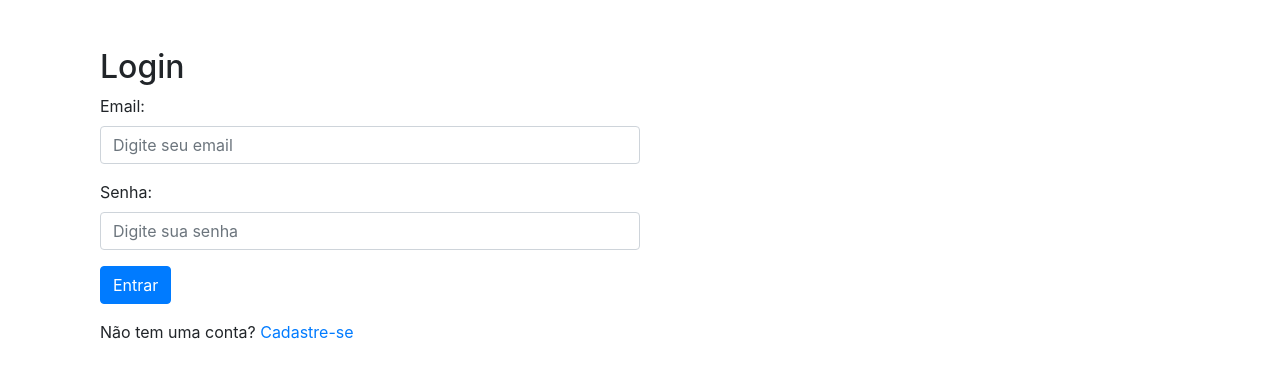
Repository: AndersonSchinemann/ProjetoSaas
Page: TopData/src/main/resources/static/views/loginUser.html
These files come from the project's save history. The page is drawn as it stood at one moment and after the next save; the edit follows.
The browser window is 1280 px wide. The pictures show the whole page.

Above is the page before, as saved 2023-11-16 03:51:50.
Console error (its wording comes from the project's code and is left out).

### TopData/src/main/resources/static/views/loginUser.html
<!-- Adicione Bootstrap CSS e AngularJS -->
<link rel="stylesheet" href="https://maxcdn.bootstrapcdn.com/bootstrap/4.5.2/css/bootstrap.min.css">
<script src="https://ajax.googleapis.com/ajax/libs/angularjs/1.8.2/angular.min.js"></script>

<style>
  /* Adicione um estilo personalizado para ajustar a largura dos inputs */
  .custom-width-input {
    width: 50%; /* Largura desejada */
  }
</style>

<!-- Seus scripts Angular -->
<script src="js/controllerLogin.js"></script>

<div class="container text-left" ng-app="ng-app="myApp"" ng-controller="LoginController">

  <!-- Formulário de Login -->
  <div class="container mt-5">
    <h2>Login</h2>
    <form >
      <div class="form-group">
        <label for="loginEmail">Email:</label>
        <input type="email" class="form-control custom-width-input" id="loginEmail" ng-model="login.email" placeholder="Digite seu email">
      </div>
      <div class="form-group">
        <label for="loginSenha">Senha:</label>
        <input type="password" class="form-control custom-width-input" id="loginSenha" ng-model="login.senha" placeholder="Digite sua senha">
      </div>
      <button type="button" class="btn btn-primary" ng-click="login()">Entrar</button>
    </form>
    <div class="mt-3">
      <p>Não tem uma conta? <a href="/cadastro">Cadastre-se</a></p>
    </div>
  </div>

  <!-- Formulário de Edição (Modal) -->
  <div class="modal fade" id="edicaoUsuarioModal" tabindex="-1" role="dialog" aria-labelledby="edicaoUsuarioModalLabel" aria-hidden="true">
    <div class="modal-dialog" role="document">
      <!-- ... (o restante do código do modal permanece o mesmo) ... -->
    </div>
  </div>
</div>

### TopData/src/main/resources/static/js/controllerLogin.js


 var app=angular.module('myApp', []);

 app.controller('LoginController', function($scope, $http) {

                $scope.login = function() {
					alert("LOGIN")
                    var credentials = {
                        username: $scope.username,
                        password: $scope.password
                    };

                    $http.post('/api/login', credentials)
                        .then(function(response) {
                            // Lógica para lidar com a resposta do servidor após a autenticação
                            console.log(response.data);
                        })
                        .catch(function(error) {
                            // Lógica para lidar com erros de autenticação
                            console.error(error);
                        });
                };

});

After the next save:
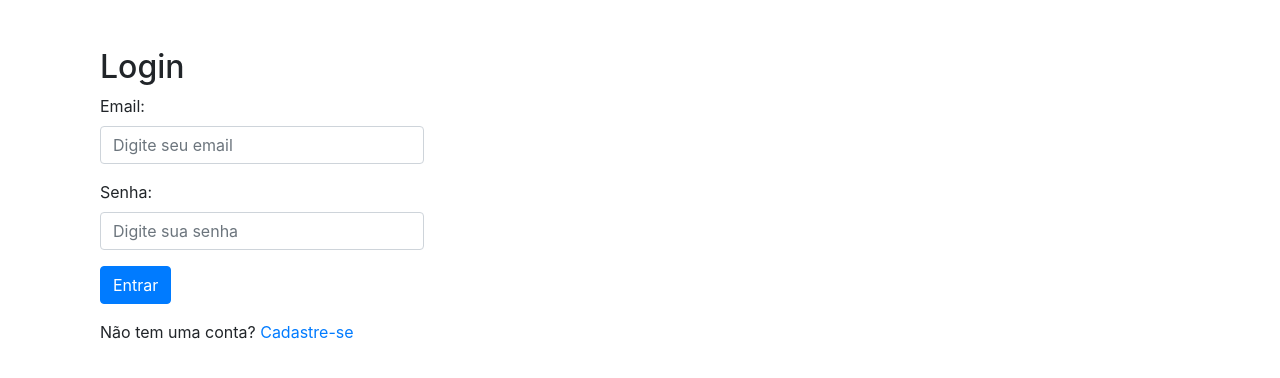
Saved 15 s later.
--- a/TopData/src/main/resources/static/views/loginUser.html
+++ b/TopData/src/main/resources/static/views/loginUser.html
@@ -5,7 +5,7 @@
 <style>
   /* Adicione um estilo personalizado para ajustar a largura dos inputs */
   .custom-width-input {
-    width: 50%; /* Largura desejada */
+    width: 30%; /* Largura desejada */
   }
 </style>
 
